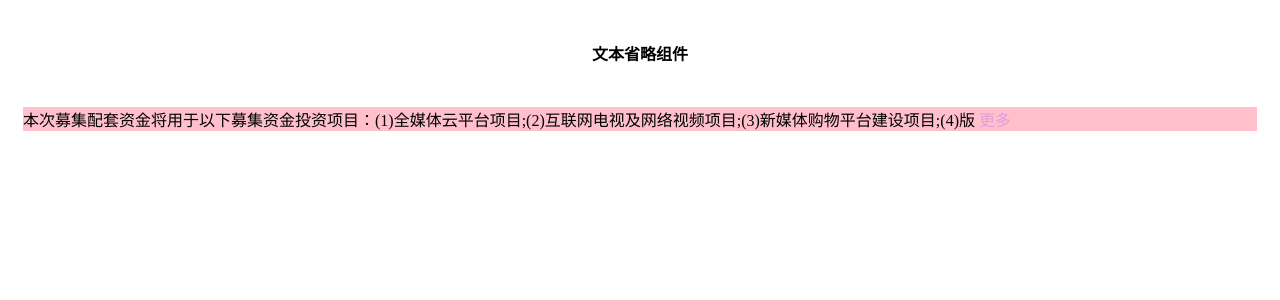
Repository: duanxiaoqi/qiui
Page: /
These files come from the project's save history. The page is drawn as it stood at one moment and after the next save; the edit follows.
The browser window is 1280 px wide. The pictures show the whole page.
The project was rebuilt for these pictures with package versions that can differ from the ones it lists, and the page was loaded fresh each time.

Above is the page before, as saved 2018-07-02 10:29:58.

### index.html
<!DOCTYPE html>
<html>
  <head>
    <meta charset="utf-8">
    <meta name="viewport" content="width=device-width,initial-scale=1.0">
    <title>qiui</title>
  </head>
  <body>
    <div id="app"></div>
    <!-- built files will be auto injected -->
  </body>
</html>

### src/router/index.js
import Vue from 'vue'
import Router from 'vue-router'
const OmitText = () => import('@/examples/omittext.vue');

Vue.use(Router)

export default new Router({
  routes: [
    {
      path: '/',
      name: 'omittext',
      component: OmitText
    }
  ]
})

### src/examples/omittext.vue
<template>
  <div class="wrap">
    <h4>文本省略组件</h4>
    <omit-text :text="content" :limit="69"></omit-text>
  </div>
</template>

<script>
import { OmitText } from '@/components';
// import { OmitText } from '../../dist/hg-vcomponents.min.js';

export default {
  name: 'el-omit-text',
  data () {
    return {
      content: '本次募集配套资金将用于以下募集资金投资项目：(1)全媒体云平台项目;(2)互联网电视及网络视频项目;(3)新媒体购物平台建设项目;(4)版权在线交易平台项目;(5)扩大电影电视剧制作产能;(6)优质版权内容购买项目;(7)补充流动资金;(8)支付东方希杰原有股东现金对价。'
    };
  },
  components: {
    OmitText
  }
};
</script>

<style lang="scss" scoped>
  .wrap {
    h4 {
      text-align: center;
      padding: 20px 0;
    }
    padding:0 15px;
  }
</style>

### src/components/index.js
import OmitText from './OmitText/omit-text.vue';

export {
    OmitText
}

### src/components/OmitText/omit-text.vue
<template>
  <p>
    {{ all ? text : shortText }}
    <span v-if="text.length > limit"  @click="all = !all">{{all ? hideTip : showTip}}</span>
  </p>
</template>

<script>
export default {
  name: 'omit-text',
  props: {
    text: {
      type: String,
      default: ''
    },
    limit: {
      type: Number,
      default: 70
    },
    color: {
      type: String,
      default: 'orange'
    },
    showTip: {
      type: String,
      default: '更多'
    },
    hideTip: {
      type: String,
      default: '收起'
    }
  },
  data () {
    return {
      all: false
    };
  },
  computed: {
    shortText () {
      return this.text.substr(0, this.limit);
    }
  }
};
</script>

<style lang="scss" rel="stylesheet/scss" scoped>
p {
  background: pink;
  span {
    color: plum;
  }
}
</style>

Loaded but not shown: src/main.js (common file); src/App.vue (common file)

After the next save:
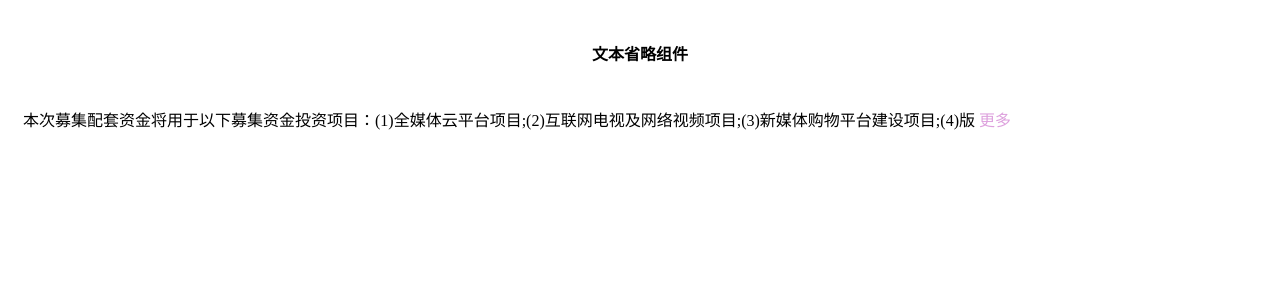
Saved 93 s later.
--- a/src/components/OmitText/omit-text.vue
+++ b/src/components/OmitText/omit-text.vue
@@ -45,7 +45,6 @@ export default {
 
 <style lang="scss" rel="stylesheet/scss" scoped>
 p {
-  background: pink;
   span {
     color: plum;
   }
